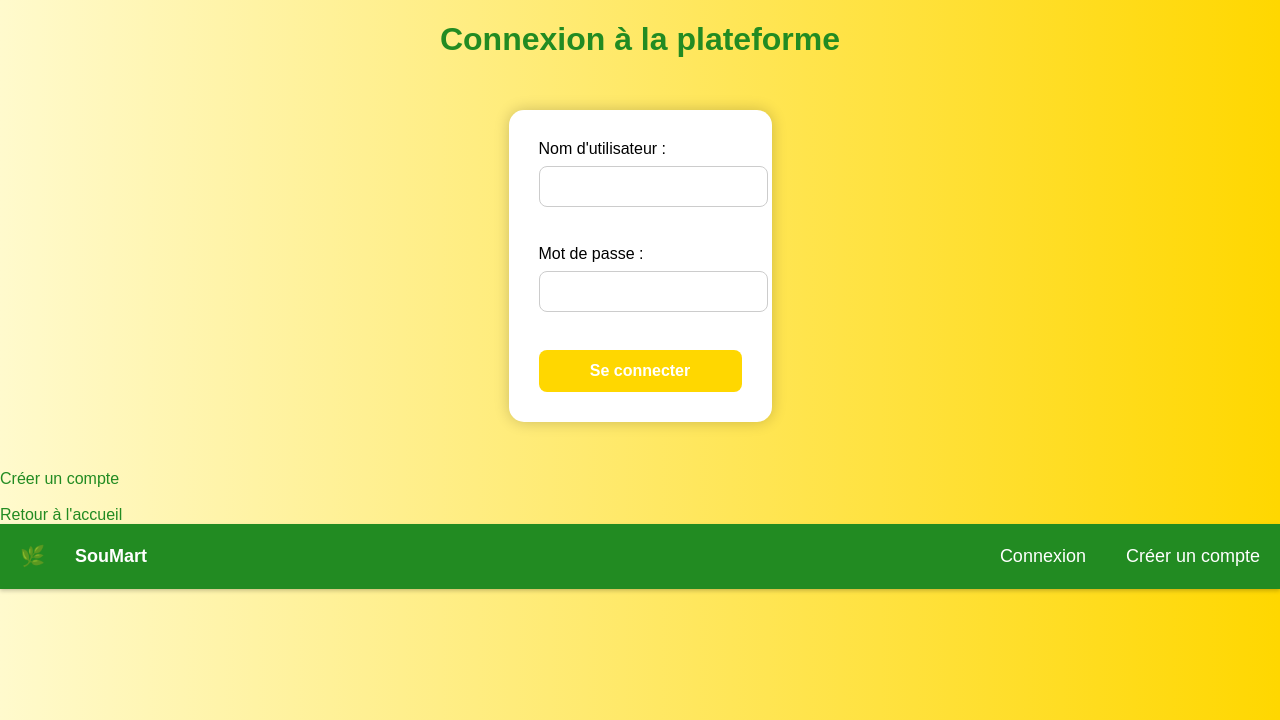
Repository: SouhailMar10/FOOD-MART
Page: http://localhost/login?next=%2Fdashboard_personnel
An editor plug-in stored every save of this project. The page is shown before and after the next save, followed by the edit.
The browser window is 1280 px wide. The pictures show the whole page.
The page is served by the project's application, run on Flask 3 (app.py).

Above is the page before, as saved 2025-04-27 13:17:02.

After the next save:
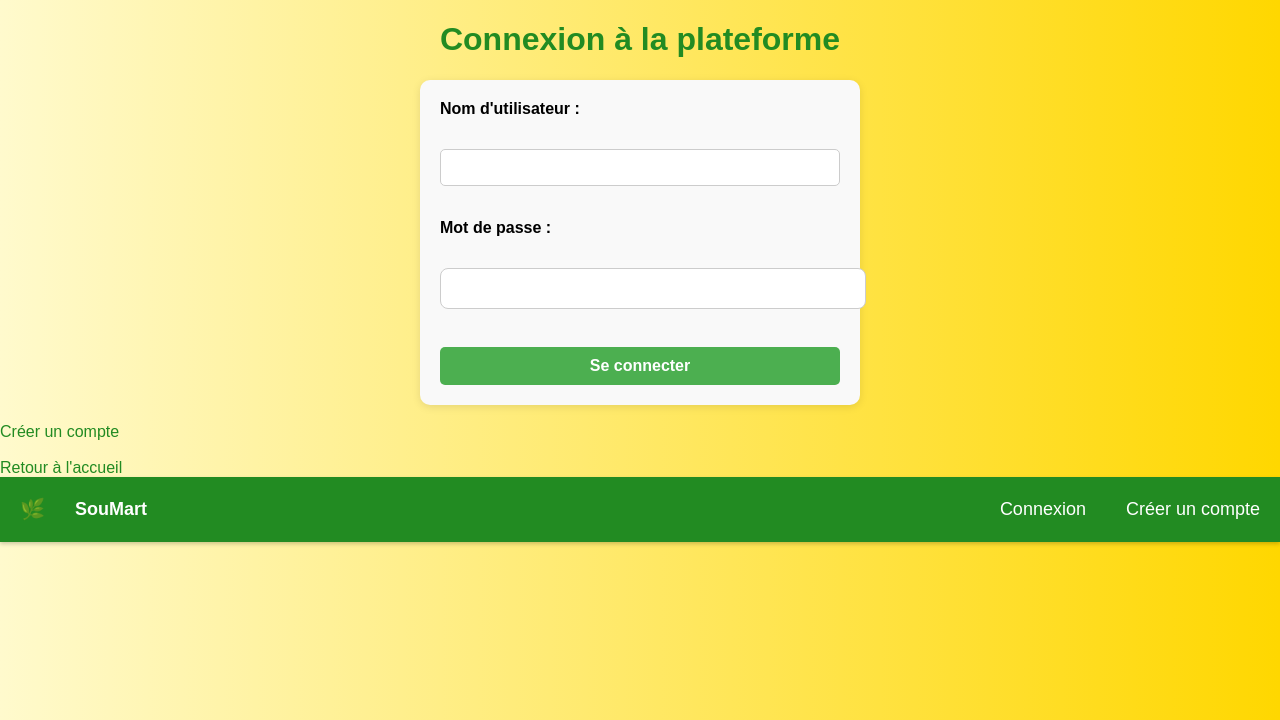
Saved 8 min 27 s later.
--- a/static/style.css
+++ b/static/style.css
@@ -234,3 +234,42 @@ a:hover {
     font-size: 15px;
     color: #333;
 }
+form {
+    width: 400px; /* Plus large que par défaut */
+    margin: 0 auto; /* Centrer le formulaire */
+    padding: 20px;
+    background-color: #f9f9f9; /* Fond léger pour plus de visibilité */
+    border-radius: 10px;
+    box-shadow: 0 2px 8px rgba(0,0,0,0.1); /* Légère ombre */
+}
+
+form label {
+    font-weight: bold;
+    display: block;
+    margin-bottom: 5px;
+}
+
+form input[type="text"],
+form select {
+    width: 100%; /* Largeur complète du formulaire */
+    padding: 10px;
+    margin-bottom: 15px;
+    border: 1px solid #ccc;
+    border-radius: 5px;
+    box-sizing: border-box;
+}
+
+form input[type="submit"] {
+    width: 100%;
+    padding: 10px;
+    background-color: #4CAF50; /* Vert bouton */
+    color: white;
+    border: none;
+    border-radius: 5px;
+    font-size: 16px;
+    cursor: pointer;
+}
+
+form input[type="submit"]:hover {
+    background-color: #45a049;
+}
